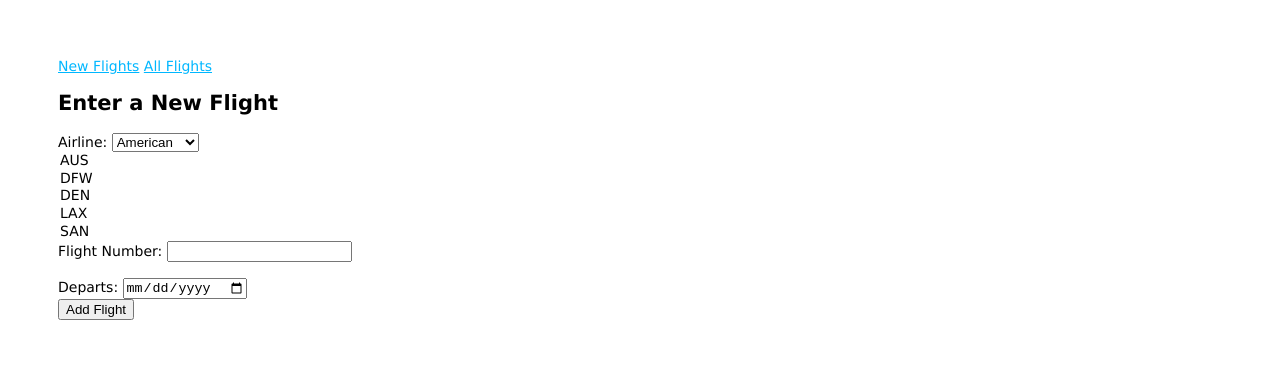
Repository: jmendoza13/mongoose-flights
Page: views/flights/new.ejs
The author's editor kept a copy of each file at every save. The page is drawn from the files as they stood at one save, then again after the next save.
The browser window is 1280 px wide. The pictures show the whole page.
The page is served by the project's Node server (server.js). Other server files are loaded and not shown. The template is opened directly, without the code that normally fills it, so the values that code supplies are empty.

Above is the page before, as saved 2022-07-17 22:12:33.

### views/flights/new.ejs
<%- include('../partials/header') %>

<h2>Enter a New Flight</h2>
<form action="/flights" method="POST">
    <label>Airline:
        <select name="airline">
            <option value="American">American</option>
            <option value="SouthWest">SouthWest</option>
            <option value="United">United</option>
    </label><br>
    <label>Airport:
        <select name="airport">
            <option value="AUS">AUS</option>
            <option value="DFW">DFW</option>
            <option value="DEN">DEN</option>
            <option value="LAX">LAX</option>
            <option value="SAN">SAN</option>
        </select>
        <label>Flight Number:
            <input type="number" name="flightNo">
        </label><br>
    </label><br>
    <label>Departs:
        <input type="date" name="departs">
    </label><br>
    <input type="submit" value="Add Flight">
</form>

<%- include('../partials/footer') %>

### views/Partials/header.ejs
<!DOCTYPE html>
<html lang="en">

<head>
    <meta charset="UTF-8">
    <meta http-equiv="X-UA-Compatible" content="IE=edge">
    <meta name="viewport" content="width=device-width, initial-scale=1.0">
    <link rel='stylesheet' href='/stylesheets/style.css' />
    <title>Flights</title>
</head>

<body>
    <nav>
        <a href="/flights/new">New Flights</a>
        <a href="/flights">All Flights</a>
    </nav>

### server.js
var createError = require('http-errors');
var express = require('express');
var path = require('path');
var cookieParser = require('cookie-parser');
var logger = require('morgan');
require('dotenv').config();

require('./config/database');
var indexRouter = require('./routes/index');
var flightsRouter = require('./routes/flights');

var app = express();

// view engine setup
app.set('views', path.join(__dirname, 'views'));
app.set('view engine', 'ejs');

app.use(logger('dev'));
app.use(express.json());
app.use(express.urlencoded({ extended: false }));
app.use(cookieParser());
app.use(express.static(path.join(__dirname, 'public')));

app.use('/', indexRouter);
app.use('/flights', flightsRouter);

// catch 404 and forward to error handler
app.use(function(req, res, next) {
  next(createError(404));
});

// error handler
app.use(function(err, req, res, next) {
  // set locals, only providing error in development
  res.locals.message = err.message;
  res.locals.error = req.app.get('env') === 'development' ? err : {};

  // render the error page
  res.status(err.status || 500);
  res.render('error');
});

module.exports = app;

Loaded but not shown: views/Partials/footer.ejs (common file); public/stylesheets/style.css (common file)

After the next save:
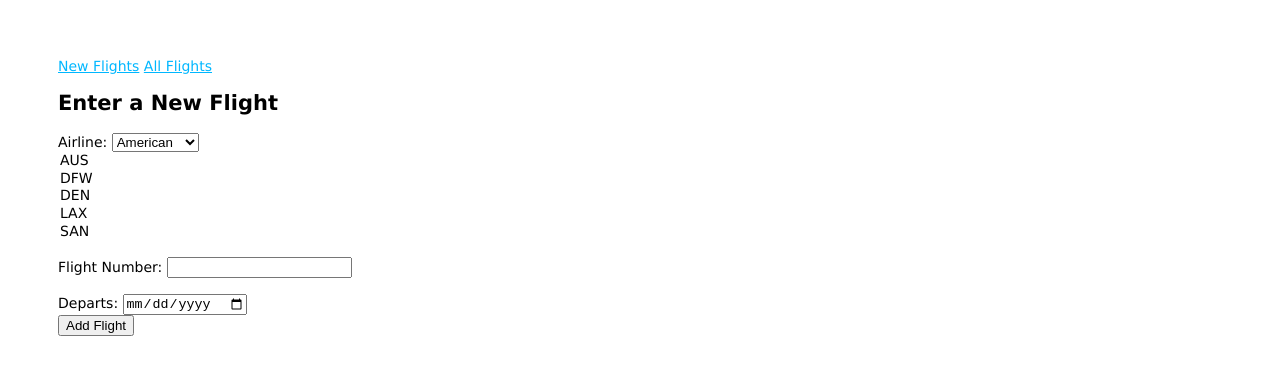
Saved 83 s later.
--- a/views/flights/new.ejs
+++ b/views/flights/new.ejs
@@ -15,7 +15,7 @@
             <option value="DEN">DEN</option>
             <option value="LAX">LAX</option>
             <option value="SAN">SAN</option>
-        </select>
+        </label><br>
         <label>Flight Number:
             <input type="number" name="flightNo">
         </label><br>
